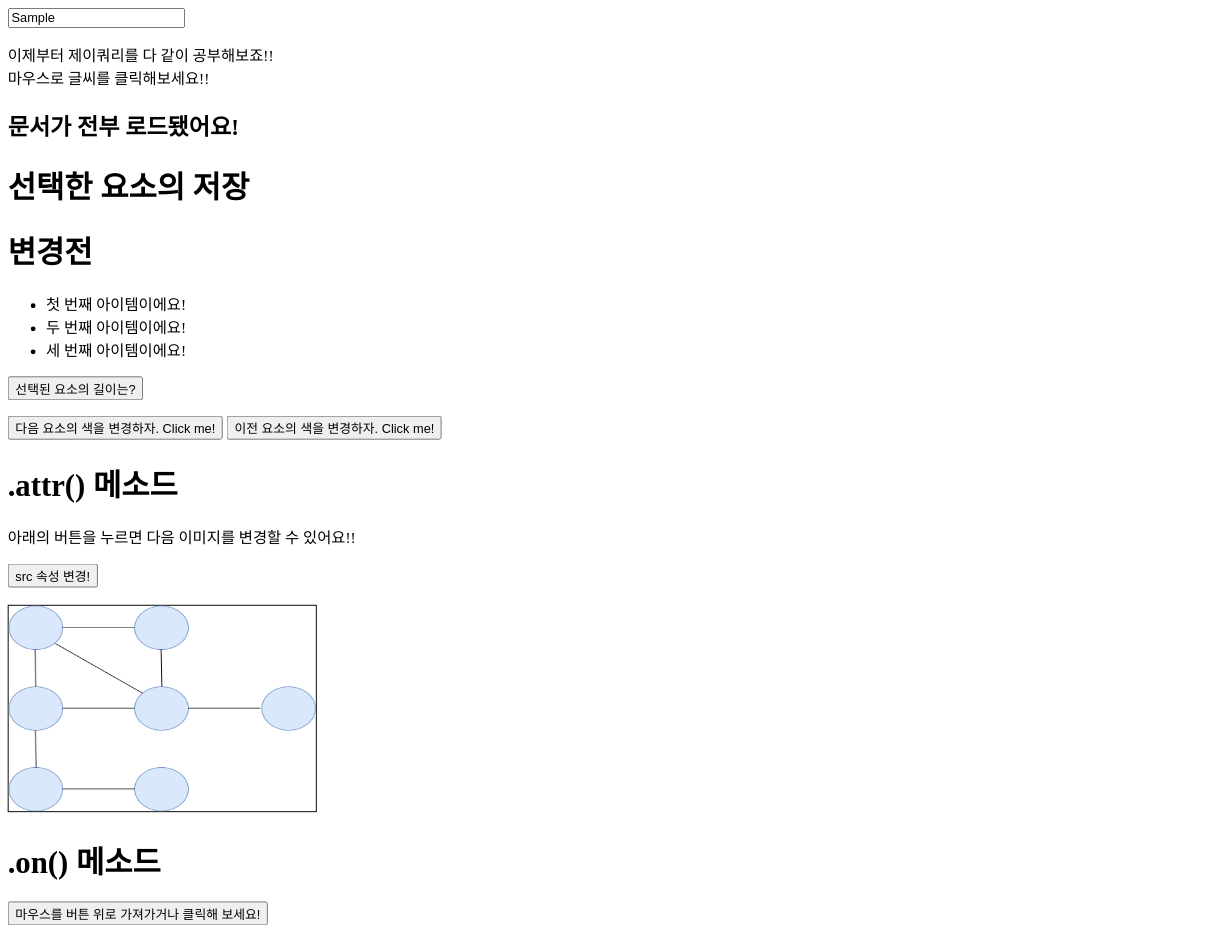
Repository: kokoko12334/sms
Page: http://localhost/test
An editor plug-in stored every save of this project. The page is shown before and after the next save, followed by the edit.
The browser window is 1280 px wide. The pictures show the whole page, at 96% of full size.
Empty fields were first filled with sample values (such as "Sample", 5 or name@example.com).
After loading, the first visible `#in` was changed once.
The page is this project's Thymeleaf template; nobody is signed in. The template is opened directly, without the code that normally fills it, so the values that code supplies are empty.

Above is the page before, as saved 2023-05-27 09:28:35.
Console error: TypeError: e.indexOf is not a function

### workspace_spring2/bankingdemo/src/main/resources/templates/test.html
<!DOCTYPE html>
<html>
<head>
<meta charset="UTF-8">
<script  src="http://code.jquery.com/jquery-latest.min.js"></script>
<title>Insert title here</title>
</head>
<body>


	<input type = "text" id = "in">
	<p id = "in_text"></p>
	<p>이제부터 제이쿼리를 다 같이 공부해보죠!!<br>

    마우스로 글씨를 클릭해보세요!!</p>

	<h2 id = "doc" class = "t"></h2>
	<h2 id = "win" class = "t"></h2>

	<h1>선택한 요소의 저장</h1>
	<h1 id = "text">변경전</h1>
	<ul>
		<li>첫 번째 아이템이에요!</li>
		<li>두 번째 아이템이에요!</li>
		<li>세 번째 아이템이에요!</li>
	</ul>
	<button>선택된 요소의 길이는?</button>
	<p id="len"></p>

	<div>
   <button class="button1">다음 요소의 색을 변경하자. Click me!</button>
   <button class="button2">이전 요소의 색을 변경하자. Click me!</button>
</div>


<h1>.attr() 메소드</h1>
	<p>아래의 버튼을 누르면 다음 이미지를 변경할 수 있어요!!</p>
	<button>src 속성 변경!</button><br><br>
	<img src="images/graph.drawio.png" style="width:320px; height:214px; border: 1px solid black">
<h1>.on() 메소드</h1>
	<button>마우스를 버튼 위로 가져가거나 클릭해 보세요!</button>
	<p id="text1"></p>
<script>
// $(function() { 제이쿼리코드 } ) 는 자바에서 window.onload = functions(){}과 같은 기능임 즉, 모든 페이지가 로드되고 실행하라는 의미
$(function() {
	$("#in").on("keyup", function(){
		var word = $("#in").val();
		$("in_text").html(word);

	});

    $("p").on("click", function() {

       $("p").css("color", "red");

    });

    $("#doc").on("click", function(){
    	$(".t").css("color", "blue");
    });


    var items = $("li");	// <li>요소를 모두 선택하여 변수 items에 저장함.
    console.log(items[1]);
	$("button").on("click", function() {
		$("#len").text("저장된 <li>요소의 총 개수는 " + items.length + "개입니다.");
	});



	$('.button1').click(function() {
		   $(this).next().css('color', 'red');
		});

		// 이전 요소에 대한 색상 변경
		$('.button2').click(function() {
		   $(this).prev().css('color', 'red');
		});


		$("button").on("click", function() {

			      var newText = $("h1").html(); // <h1>요소의 텍스트를 읽어오는 getter 메소드

			      $("#text").html(newText);     // id가 "text"인 요소에 새로운 텍스트를 설정하는 setter 메소드

			    });



	$("button").on("click", function(){
		var imgsrc = $("img").attr("src");
		console.log(imgsrc);
		$("img").attr("src", "images/JVM.drawio.png")

	});

	$("button").on({				// 모든 <button>요소에
		mouseenter: function() {	// mouseenter 이벤트를 설정함.
			$("#text1").append("마우스가 버튼 위로 진입했어요!<br>");
		},
		click: function() {			// click 이벤트를 설정함.
			$("#text1").append("마우스가 버튼을 클릭했어요!<br>");
		},
		mouseleave: function() {	// mouseleave 이벤트를 설정함.
			$("#text1").append("마우스가 버튼 위에서 빠져나갔어요!<br>");
		}
	});
});



$(document).ready( function() {

    $("#doc").text("문서가 전부 로드됐어요!");

});

$(window).load( function() {

    $("#win").text("창이 모두 로드됐어요!");

});
</script>
</body>
</html>

After the next save:
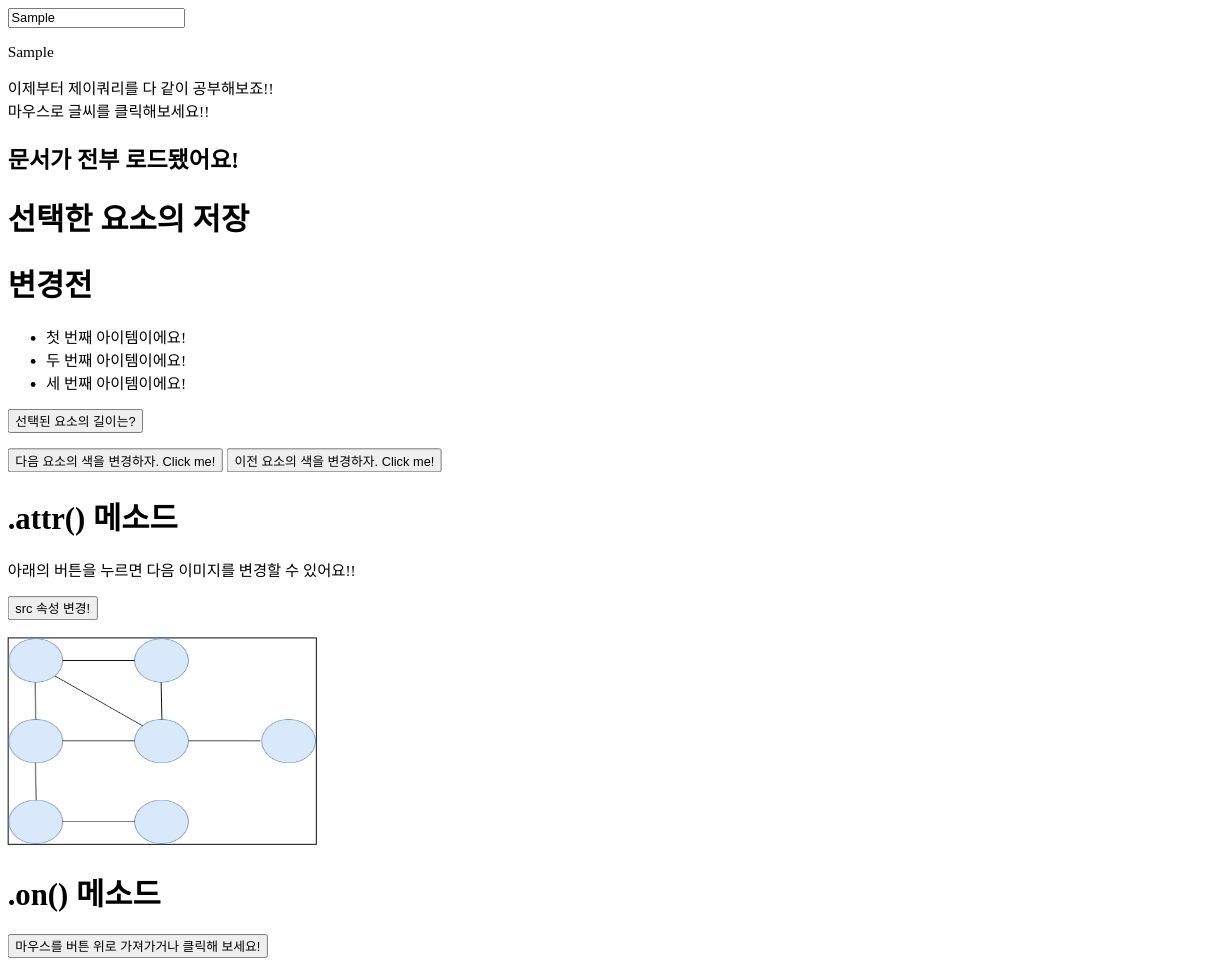
Saved 10 s later.
--- a/workspace_spring2/bankingdemo/src/main/resources/templates/test.html
+++ b/workspace_spring2/bankingdemo/src/main/resources/templates/test.html
@@ -45,7 +45,7 @@
 $(function() {
 	$("#in").on("keyup", function(){
 		var word = $("#in").val();
-		$("in_text").html(word);
+		$("#in_text").html(word);
 
 	});
 
